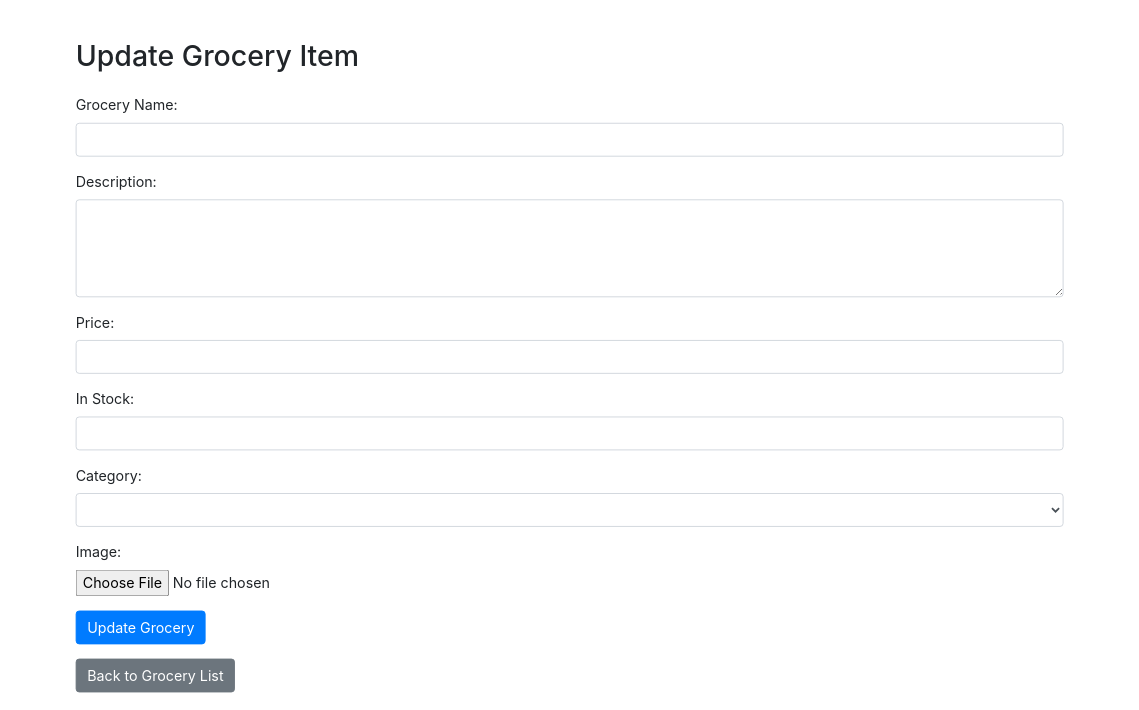
Repository: NagaMounikaY/GroceriesSubscriptionBookingManagement
Page: http://localhost/GroceriesSubBookingSystem/WEB-INF/views/update-grocery.jsp
An editor plug-in stored every save of this project. The page is shown before and after the next save, followed by the edit.
The browser window is 1280 px wide. The pictures show the whole page, at 89% of full size.
The page is served by Tomcat 9. Nobody is signed in. Other server files are loaded and not shown. The template is opened directly, without the code that normally fills it, so the values that code supplies are empty.

Above is the page before, as saved 2024-09-12 07:05:51.

### GroceriesSubBookingSystem/src/main/webapp/WEB-INF/views/update-grocery.jsp
<%@ page language="java" contentType="text/html; charset=ISO-8859-1"
    pageEncoding="ISO-8859-1" isELIgnored="false"%>
<%@ taglib uri="http://java.sun.com/jsp/jstl/core" prefix="c" %>
<!DOCTYPE html>
<html>
<head>
    <title>Update Grocery</title>
    <link href="https://stackpath.bootstrapcdn.com/bootstrap/4.5.2/css/bootstrap.min.css" rel="stylesheet">
    <style>
        body {
            padding: 20px;
        }
        .form-group img {
            max-width: 200px;
        }
    </style>
</head>
<body>
    <div class="container">
        <h2 class="my-4">Update Grocery Item</h2>

        <form action="${pageContext.request.contextPath}/groceries/edit" method="post" enctype="multipart/form-data">
            <input type="hidden" name="id" value="${grocery.grocery_id}">
            <div class="form-group">
                <label for="groceryName">Grocery Name:</label>
                <input type="text" class="form-control" id="groceryName" name="groceryName" value="${grocery.groceryName}" required>
            </div>
            <div class="form-group">
                <label for="description">Description:</label>
                <textarea class="form-control" id="description" name="description" rows="4" required>${grocery.description}</textarea>
            </div>
            <div class="form-group">
                <label for="grocery_price">Price:</label>
                <input type="text" class="form-control" id="grocery_price" name="grocery_price" value="${grocery.grocery_price}" required>
            </div>
            <div class="form-group">
                <label for="in_stock">In Stock:</label>
                <input type="number" class="form-control" id="in_stock" name="in_stock" value="${grocery.in_stock}" required>
            </div>
            <div class="form-group">
                <label for="category_id">Category:</label>
                <select class="form-control" id="category_id" name="category_id" required>
                    <c:forEach items="${categories}" var="category">
                        <option value="${category.category_id}" <c:if test="${category.category_id == grocery.category.category_id}">selected</c:if>>${category.category_name}</option>
                    </c:forEach>
                </select>
            </div>
            <div class="form-group">
                <label for="imageURL">Image:</label>
                <input type="file" class="form-control-file" id="imageURL" name="imageURL">
                <c:if test="${not empty grocery.imageURL}">
                    <p>Current Image: <img src="${pageContext.request.contextPath}/uploaded/${grocery.imageURL}" alt="Grocery Image"></p>
                </c:if>
            </div>
            <button type="submit" class="btn btn-primary">Update Grocery</button>
        </form>

        <c:if test="${not empty message}">
            <div class="alert alert-info mt-3">${message}</div>
        </c:if>

        <a href="${pageContext.request.contextPath}/groceries/list" class="btn btn-secondary mt-3">Back to Grocery List</a>
    </div>

    <script src="https://code.jquery.com/jquery-3.5.1.slim.min.js"></script>
    <script src="https://cdn.jsdelivr.net/npm/@popperjs/core@2.9.2/dist/umd/popper.min.js"></script>
    <script src="https://stackpath.bootstrapcdn.com/bootstrap/4.5.2/js/bootstrap.min.js"></script>
</body>
</html>

### GroceriesSubBookingSystem/src/main/webapp/sellerHeader.jsp
<%@ page language="java" contentType="text/html; charset=ISO-8859-1"
    pageEncoding="ISO-8859-1" isELIgnored="false"%>
<!DOCTYPE html PUBLIC "-//W3C//DTD HTML 4.01 Transitional//EN" "http://www.w3.org/TR/html4/loose.dtd">
<html>
<head>
<meta http-equiv="Content-Type" content="text/html; charset=ISO-8859-1">
<title>Courier Booking System</title>
<link href="https://stackpath.bootstrapcdn.com/bootstrap/5.3.0/css/bootstrap.min.css" rel="stylesheet">
<link rel="stylesheet" href="https://cdnjs.cloudflare.com/ajax/libs/font-awesome/4.7.0/css/font-awesome.min.css">
<style>
/* Header */
header {
    background: #00008B;
    color: #fff;
    padding: 15px 0;
    position: fixed;
    width: 100%;
    top: 0;
    left: 0;
    z-index: 1000;
}

header .container {
    display: flex;
    justify-content: space-between;
    align-items: center;
    max-width: 1200px;
    margin: 0 auto;
    padding: 0 20px;
}

header .logo {
    font-size: 2em; /* Increased size for the logo */
    font-weight: bold;
}

header nav ul {
    list-style: none;
    display: flex;
    margin: 0;
}

header nav ul li {
    margin-left: 20px;
}

header nav ul li a {
    color: #fff;
    text-decoration: none;
    padding: 10px 15px; /* Increased padding for better click area */
    font-size: 1.2em; /* Increased font size for navigation links */
    border-radius: 5px;
}

header nav ul li a:hover {
    background: #575757;
}
</style>
</head>
<body>
  <!-- Header -->
    <header>
        <div class="container">
            <div class="logo"><i class="fa fa-box"></i> Grocery Store</div>
            <nav>
                <ul>
                    <li><a href="${pageContext.request.contextPath}/home.jsp"><i class="fa fa-fw fa-home"></i><strong>Home</strong></a></li>
                    <li><a href="${pageContext.request.contextPath}/groceries/add"><i class="fa fa-fw fa-truck"></i><strong>Add Item</strong></a></li>
                    <li><a href="${pageContext.request.contextPath}/groceries/list"><i class="fa fa-fw fa-info-circle"></i><strong>Menu</strong></a></li>
                    <li><a href=""><i class="fa fa-fw fa-phone"></i><strong>Contact</strong></a></li>

                    <!-- Dropdown Menu -->
                    <li class="nav-item dropdown">
                        <a class="nav-link dropdown-toggle" href="#" id="categoryDropdown" role="button" data-bs-toggle="dropdown" aria-expanded="false">
                            <i class="fa fa-fw fa-list"></i><strong>Categories</strong>
                        </a>
                        <ul class="dropdown-menu" aria-labelledby="categoryDropdown">
                            <li><a class="dropdown-item" href="${pageContext.request.contextPath}/categories/add"><i class="fa fa-fw fa-user-plus"></i> Add Category</a></li>
                            <li><a class="dropdown-item" href="${pageContext.request.contextPath}/categories/list"><i class="fa fa-fw fa-list"></i> List Categories</a></li>
                        </ul>
                    </li>

                    <li><a href="${pageContext.request.contextPath}/home.jsp"><i class="fa fa-fw fa-sign-in"></i><strong>Logout</strong></a></li>
                </ul>
            </nav>
        </div>
    </header>

    <script src="https://code.jquery.com/jquery-3.5.1.slim.min.js"></script>
    <script src="https://cdn.jsdelivr.net/npm/@popperjs/core@2.11.6/dist/umd/popper.min.js"></script>
    <script src="https://stackpath.bootstrapcdn.com/bootstrap/5.3.0/js/bootstrap.bundle.min.js"></script>
</body>
</html>

### GroceriesSubBookingSystem/src/main/webapp/footer.jsp
<%@ page language="java" contentType="text/html; charset=ISO-8859-1"
    pageEncoding="ISO-8859-1"%>
<!DOCTYPE html PUBLIC "-//W3C//DTD HTML 4.01 Transitional//EN" "http://www.w3.org/TR/html4/loose.dtd">
<html>
<head>
<meta http-equiv="Content-Type" content="text/html; charset=ISO-8859-1">
<title>Insert title here</title>
<link href="https://stackpath.bootstrapcdn.com/bootstrap/5.3.0/css/bootstrap.min.css" rel="stylesheet">
<style>
/* Features Section */
.features {
    padding: 60px 20px;
    background: #f9f9f9;
}

.features h2 {
    text-align: center;
    margin-bottom: 40px;
}

.feature-cards {
    display: flex;
    justify-content: space-around;
    flex-wrap: wrap;
}

.feature-card {
    background: #fff;
    border-radius: 8px;
    box-shadow: 0 4px 8px rgba(0,0,0,0.1);
    padding: 20px;
    width: 22%;
    text-align: center;
    margin-bottom: 20px;
}

.feature-card img {
    max-width: 50px;
    margin-bottom: 10px;
}

.feature-card h3 {
    margin: 10px 0;
    font-size: 1.2em;
}

.feature-card p {
    color: #666;
}

/* Footer */
footer {
    background: #00008B;
    color: #fff;
    padding: 40px 20px;
}

footer .container {
    max-width: 1200px;
    margin: 0 auto;
}

.footer-top {
    display: flex;
    justify-content: space-between;
    flex-wrap: wrap;
    margin-bottom: 20px;
}

.footer-top div {
    flex: 1;
    margin: 10px;
}

.footer-top h3 {
    margin-bottom: 15px;
    font-size: 1.2em;
}

.footer-top ul {
    list-style: none;
}

.footer-top ul li {
    margin-bottom: 10px;
}

.footer-top ul li a {
    color: #fff;
    text-decoration: none;
}

.footer-top ul li a:hover {
    text-decoration: underline;
}

.footer-contact p,
.footer-social a {
    margin: 5px 0;
}

.footer-social a {
    color: #fff;
    text-decoration: none;
    margin-right: 10px;
}

.footer-social a:hover {
    text-decoration: underline;
}

.footer-newsletter form {
    display: flex;
    justify-content: center;
    margin-top: 10px;
}

.footer-newsletter input {
    padding: 10px;
    border-radius: 5px;
    border: none;
    width: 250px;
    margin-right: 10px;
}

.footer-newsletter button {
    padding: 10px 20px;
    border-radius: 5px;
    border: none;
    background: #007BFF;
    color: #fff;
    font-weight: bold;
    cursor: pointer;
}

.footer-bottom {
    text-align: center;
    padding-top: 20px;
    border-top: 1px solid #444;
}

.footer-bottom p {
    margin: 10px 0;
}

</style>
</head>
<body>
	    <!-- Footer -->
    <footer>
        <div class="container">
            <div class="footer-top">
                <div class="footer-links">
                    <h3>Quick Links</h3>
                    <ul>
                        <li><a href="">Home</a></li>
                        <li><a href="">Services</a></li>
                        <li><a href="">About</a></li>
                        <li><a href="">Contact Us</a></li>
                    </ul>
                </div>
                <div class="footer-contact">
                    <h3>Contact Us</h3>
                    <p>Phone: 789054321</p>
                    <p>Email:mounika@gmail.com</p>
                    <p>Address: Bengaluru</p>
                </div>
                <div class="footer-social">
                    <h3>Follow Us</h3>
                    <a href="#">Facebook</a>
                    <a href="#">Twitter</a>
                    <a href="#">Instagram</a>
                </div>
                <div class="footer-newsletter">
                    <h3>Newsletter</h3>
                    <p>Subscribe to our newsletter for updates and offers.</p>
                    <p>for maintaining and managing the couriers</p>
                </div>
            </div>
            <div class="footer-bottom">
                <p>&copy; 2024 [Your Courier Service Name]. All rights reserved.</p>
            </div>
        </div>
    </footer>
<!-- Footer -->
</body>
</html>

After the next save:
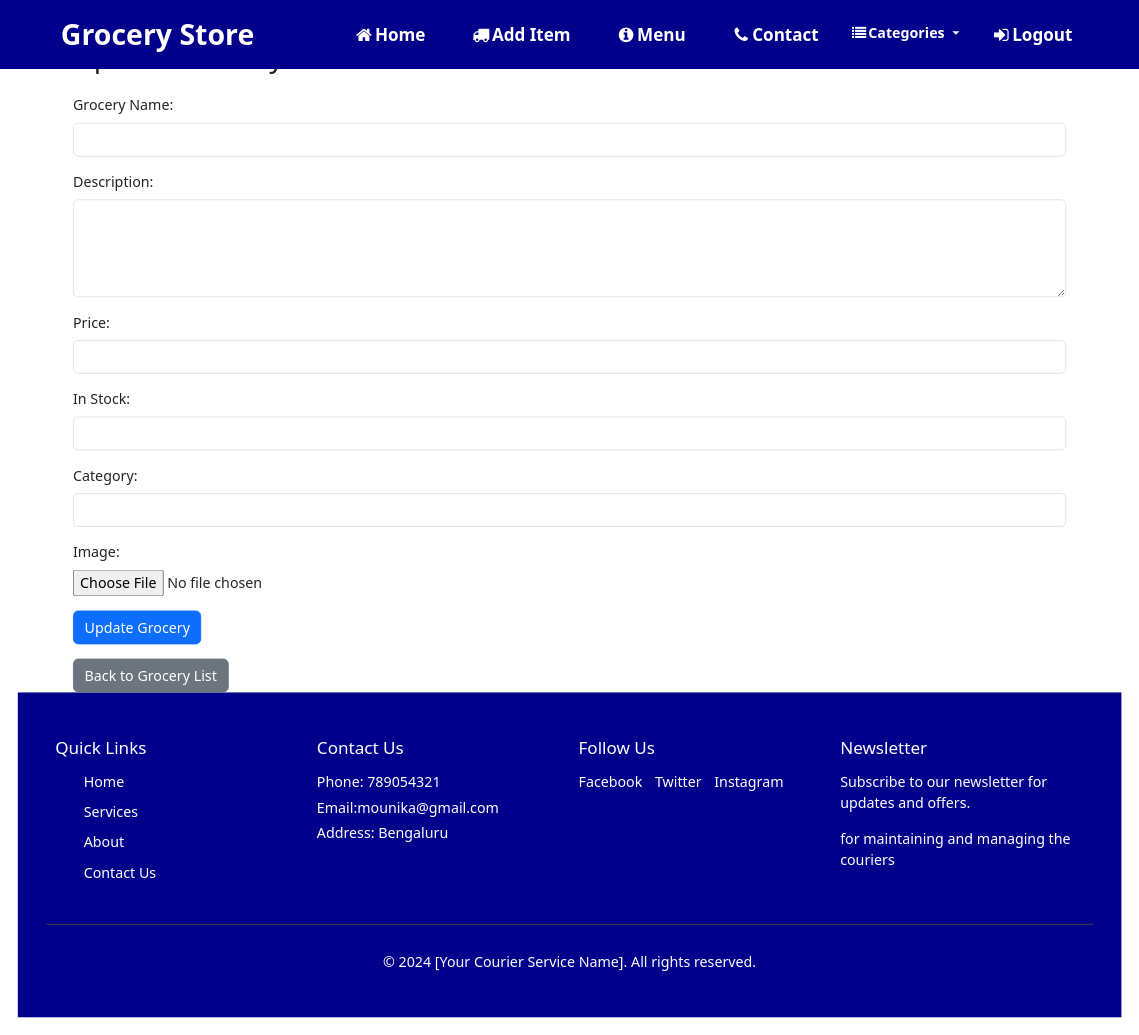
Saved 79 s later.
--- a/GroceriesSubBookingSystem/src/main/webapp/WEB-INF/views/update-grocery.jsp
+++ b/GroceriesSubBookingSystem/src/main/webapp/WEB-INF/views/update-grocery.jsp
@@ -16,6 +16,7 @@
     </style>
 </head>
 <body>
+<jsp:include page="/sellerHeader.jsp"></jsp:include>
     <div class="container">
         <h2 class="my-4">Update Grocery Item</h2>
 
@@ -65,5 +66,6 @@
     <script src="https://code.jquery.com/jquery-3.5.1.slim.min.js"></script>
     <script src="https://cdn.jsdelivr.net/npm/@popperjs/core@2.9.2/dist/umd/popper.min.js"></script>
     <script src="https://stackpath.bootstrapcdn.com/bootstrap/4.5.2/js/bootstrap.min.js"></script>
+    <jsp:include page="/footer.jsp"></jsp:include>
 </body>
 </html>
